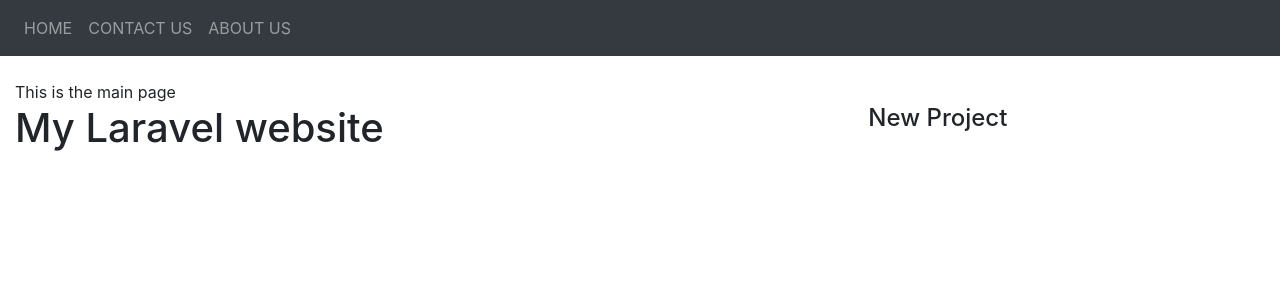
Repository: ROCKY-SAM/laravel5.7
Page: http://localhost/
The author's editor kept a copy of each file at every save. The page is drawn from the files as they stood at one save, then again after the next save.
The browser window is 1280 px wide. The pictures show the whole page.
The page is served by the project's Laravel application, run on PHP 8.4 with Laravel 8. Queries for data that is not in the repository find no rows.

Above is the page before, as saved 2018-11-11 14:43:48.

After the next save:
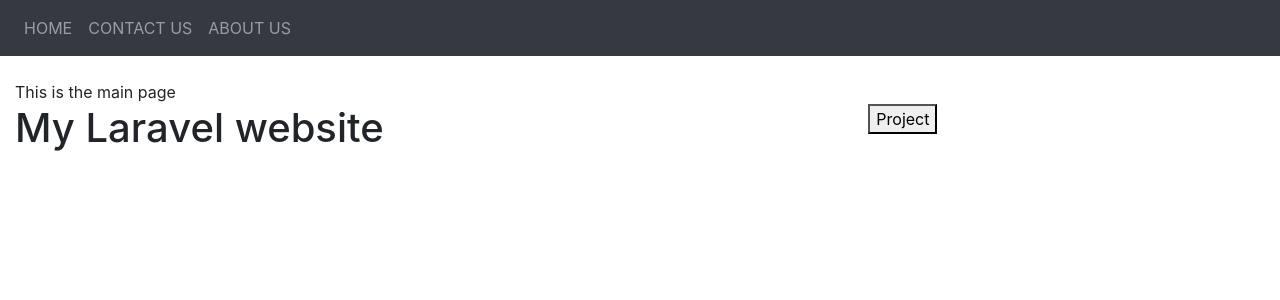
Saved 58 s later.
--- a/resources/views/welcome.blade.php
+++ b/resources/views/welcome.blade.php
@@ -10,7 +10,7 @@ This is the main page
 <br>
 <div class="row">
     <div class="col-8"> <h1>My {{ $foo }} website</h1> </div>
-    <div class="col-4"> <h4>New Project</h4> </div>
+    <div class="col-4"> <button href="/project/create" > Project </button> </div>
 </div>
 
 
